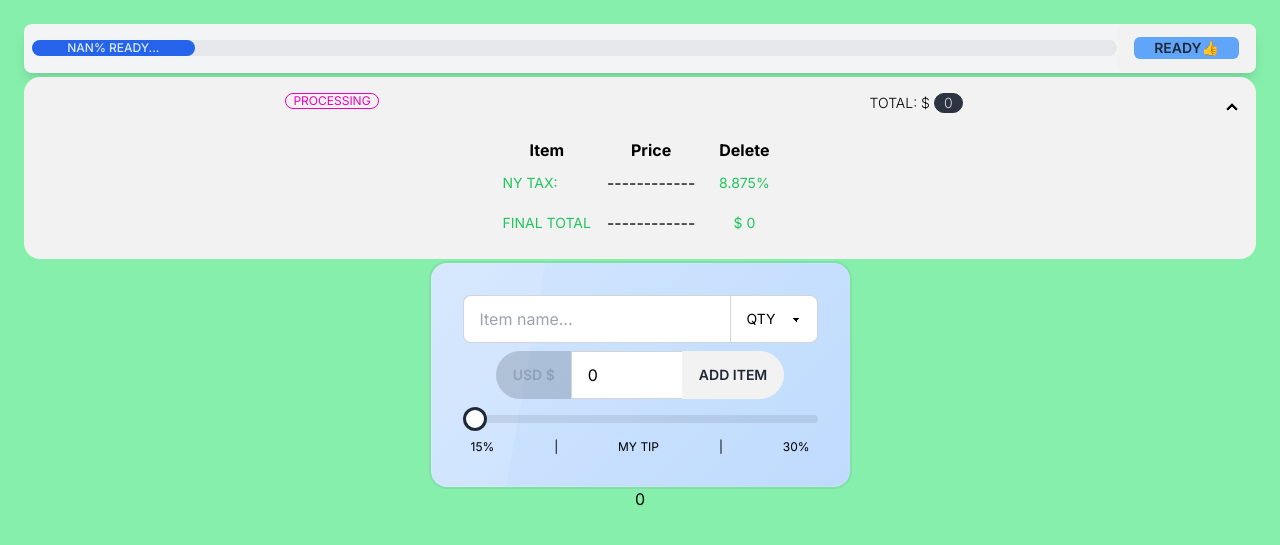
Repository: bitepay/bitepay-xyz
Page: /table
The author's editor kept a copy of each file at every save. The page is drawn from the files as they stood at one save, then again after the next save.
The browser window is 1280 px wide. The pictures show the whole page.
The page's requests for data from a server got no answer. The project was rebuilt for these pictures with package versions that can differ from the ones it lists, and the page was loaded fresh each time. The framework's server and built-in components were replaced by stand-ins that run in the browser. No one was signed in, and anything a server would have sent is missing. Also part of the build but not shown: next.config.js.

Above is the page before, as saved 2023-06-28 07:40:47.

### src/pages/_app.js
import '@/styles/globals.css';
import { UserSocketProvider } from '@/context/UserSocketContext';

export default function App({ Component, pageProps }) {
  return (
    <UserSocketProvider>
      <Component {...pageProps} />
    </UserSocketProvider>
  )
}

### src/pages/table.js

// import Image from 'next/image'
import Head from "next/head"
// import Link from "next/link"
import { Inter } from 'next/font/google'

import { useUserSocketContext } from '@/context/UserSocketContext'

import { AddItemInput } from '@/components/AddItemInput'
import { ProgressBar } from '@/components/ProgressBar'
import { UserBill } from '@/components/UserBill'
import { MembersBill } from '@/components/MembersBill'

const inter = Inter({ subsets: ['latin'] })

export default function Table() {

  const { socket, user, tableMembers, setUser } = useUserSocketContext();

  if (user.tableID !== 0) {
    socket.emit('joinTable', user)
  }

  const handleUserDelete = (user, payload) => {
    socket.emit('userDeleteItem', {user, payload})
  };

  const handleUserUpdate = (user, payload) => {
    socket.emit('userUpdate', {user, payload})
  };

  const userUpdateStatus = (user) => {
    if (user.status === 'PROCESSING') {
      socket.emit('userUpdateStatus', { ...user, status: 'READY' })
    } else {
      socket.emit('userUpdateStatus', { ...user, status: 'PROCESSING' })
    }
  }

  return (
    <>
      <Head>
        <title>BitePay - Table</title>
        <meta name="description" content="The fastest and easiest way to divvy up the dining bill between your friends."></meta>
      </Head>

      <main className={`flex min-h-screen flex-col items-center p-6 ${inter.className} bg-green-300`} >

        <ProgressBar user={user} tableMembers={tableMembers} userUpdateStatus={userUpdateStatus} />
        <UserBill user={user} handleUserDelete={handleUserDelete} />
        <AddItemInput user={user} handleUserUpdate={handleUserUpdate} setUser={setUser} />
        <MembersBill tableMembers={tableMembers} userId={user.id}/>

      </main>
    </>
  )
}

### src/context/UserSocketContext.js
'use client';
import React, { createContext, useEffect, useState, useContext } from 'react'
import { io } from 'socket.io-client'


// Create a new context
const UserSocketContext = createContext({});

// Custom context provider component
export const UserSocketProvider = ({ children }) => {

  const [socket, setSocket] = useState(null);

  const [user, setUser] = useState({
    id: '',
    username: '',
    tableID: 0,
    myItems: [],
    tip: 15,
    total: 0,
    status: 'PROCESSING',
  });

  const [tableMembers, setTableMembers] = useState([]);

  // Establish the Socket.IO connection when the component mounts
  useEffect(() => {

    const socket = io('https://bitepay.xyz');
    setSocket(socket);

    socket.on('connect', () => {
      console.log('Successfully connected to the ws server!')
    })

    // set user id to the websocket id
    socket.on('setId', (data) => setUser((prevUser) => {
      prevUser.id = data
      return prevUser;
    }));

    // listen to events from ws server regarding members of the table
    socket.on('tableMembers', (data) => setTableMembers((prevTableMembers) => { return [...data.slice()] }));

    // listen to events from ws server regarding updates to tableMembers
    socket.on('tableMemberUpdate', (data) => {

      if (data.id === user.id) {
        setUser((prevUser) => {
          prevUser.myItems = data.myItems;
          prevUser.tip = data.tip;
          prevUser.total = data.total;
          prevUser.status = data.status;
          return prevUser;
        })
      }

      setTableMembers((prevTableMembers) => {
        return prevTableMembers.map((member) => {
          if (member.id === data.id) {
            member.myItems = data.myItems
            member.tip = data.tip
            member.total = data.total
            member.status = data.status
            return member
          } else {
            return member
          }
        })
      })
    });

    // listen to events from ws server regarding members leaving the table
    socket.on('userLeft', (data) => {
      setTableMembers((prevTableMembers) => {
        return prevTableMembers.filter((member) => {
          return member.id !== data.id
        })
      })
    });

    socket.on('disconnect', () => {
      console.log('Disconnected from the ws server!');
    });

    // Clean up the socket connection when the component unmounts
    return () => {
      socket.off('connect');
      socket.off('setId');
      socket.off('tableMembers');
      socket.off('tableMemberUpdate');
      socket.off('userLeft');
      socket.disconnect();
    };
  }, [user.id]);

  // Provide the socket object to the child components
  return (
    <UserSocketContext.Provider value={{socket, user, setUser, tableMembers, setTableMembers}}>
      {children}
    </UserSocketContext.Provider>
  );
};

// Export the SocketContext
export default UserSocketContext;

// Export a custom hook that can be used to consume this context
export const useUserSocketContext = () => useContext(UserSocketContext);

### src/components/AddItemInput.jsx
import { useState, useEffect } from 'react';

export const AddItemInput = ({ handleUserUpdate, user, setUser }) => {
	const [itemName, setItemName] = useState('');
	const [itemPrice, setItemPrice] = useState(0);
	const [itemQuantity, setItemQuantity] = useState(0);

	const handleClick = (e) => {
			if (itemQuantity === 0) {
					alert("Don't forget to add quantity!");
			}
			else if (itemPrice <= 0) {
					alert("Please don't forget to add your item's price!");
			}
			else if (itemName != "" && itemPrice > 0 && itemQuantity > 0) {
					const itemID = Math.ceil(Math.random()*1000000000);
					const payload = {itemID, itemName, itemPrice, itemQuantity};
					handleUserUpdate(user, payload);
					setItemName('');
					setItemPrice(0);
			} else {
					alert("Please fill out all fields");
			}
	}

	const handleTipChange = (e) => {
		e.preventDefault();
		setUser({...user, tip: parseInt(e.target.value)})
	}

	return (
		<>
			<div className="card glass w-auto bg-blue-200">
				<div className="card-body">
					<div className="join mx-auto">

						<input className="input input-bordered join-item max-w-34" placeholder="Item name..." value={itemName} onChange={(e) => {setItemName(e.target.value)}}/>

						<select className="select select-bordered join-item" value={itemQuantity} onChange={(e) => setItemQuantity(e.target.value)}>
							<option disabled value={0}>QTY</option>
							<option value={1/4}>
									1/4
							</option>
							<option value={1/3}>
									1/3
							</option>
							<option value={1/2}>
									1/2
							</option>
							<option value={1}>
									1
							</option>
							<option value={2}>
									2
							</option>
							<option value={3}>
									3
							</option>
							<option value={4}>
									4
							</option>
						</select>

					</div>
					<div className="mx-auto">
						<div className="join">
							<button className="btn join-item rounded-l-full" disabled="true">USD $</button>
							<input className="input input-bordered join-item w-28" placeholder="Price" type="number" value={itemPrice} onChange={(e) => {setItemPrice(e.target.value)}}/>
							<button className="btn join-item rounded-r-full" disabled={user.status === 'READY'} onClick={(e) => handleClick(e)}>ADD ITEM</button>
						</div>
					</div>
						<input type="range" className="range" min={15} max={30} value={user.tip} step={1} onChange={(e) => handleTipChange(e)} disabled={user.status === 'READY'} />
						<div className="w-full flex justify-between text-xs px-2">
							<span>15%</span>
							<span>|</span>
							<span>MY TIP</span>
							<span>|</span>
							<span>30%</span>
						</div>
				</div>
			</div>
		</>
	)
};

### src/components/ProgressBar.jsx
import { useState, useEffect } from 'react';

export const ProgressBar = ({ tableMembers, user, userUpdateStatus }) => {

  const [progress, setProgress] = useState(0);

  useEffect(() => {
    const completed = tableMembers.filter((member) => member.status === 'READY');
    const progress = Math.round(100 * ((completed.length / tableMembers.length) * 100)) / 100;
    setProgress(progress);

    console.log(`Re-render triggered from tableMember update in ProgressBar. Progress is now ${progress}%`)
  }, [tableMembers])

  const progressBar = (progress) => {
    if (progress === 100) {
      return (
          <div className="w-full bg-gray-200 rounded-full dark:bg-gray-700">
            <div className="bg-green-600 text-xs font-medium text-green-100 text-center p-0.5 leading-none rounded-full" style={{width: `${progress}%`}}> {progress}% COMPLETE! </div>
          </div>
      )
    } else {
      return (
        <div className="w-full bg-gray-200 rounded-full dark:bg-gray-700">
            <div className="bg-blue-600 text-xs font-medium text-blue-100 text-center p-0.5 leading-none rounded-full" style={{width: `${progress < 15 ? 15 : progress}%`}}> {progress}% READY... </div>
          </div>
      )
    }
  }

  const handleChange = () => {
    userUpdateStatus(user)
  }

  const toggleStatusButton = (status) => {
    return (
      <label className="btn swap swap-rotate">

        {/* this hidden checkbox controls the state */}
        <input type="checkbox" onChange={() => handleChange()} checked={user.status === 'READY'}/>

        {/* ready icon */}

        <div class="swap-on bg-red-400 p-1 rounded-md">Make changes</div>
        <div class="swap-off bg-blue-400 p-1 rounded-md">Ready👍</div>

        {/* not ready icon */}


      </label>
    )

  }



  return (

      <div className="w-full flex items-center justify-between mb-.5 mx-auto pl-2 overflow-hidden rounded-lg shadow-lg bg-gray-100 uppercase border-b border-gray-100">
          {progressBar(progress)}
        <div id="final-bill-button">
          {toggleStatusButton(user.status)}
        </div>
      </div>

  )
}

### src/components/UserBill.jsx
export const UserBill = ({ user, handleUserDelete }) => {

  const UserItem = (item) => {
    const { itemID, itemName, itemPrice, itemQuantity } = item

    return (
      <tr key={`user-item-${itemID}`}>
				<td className="px-4">{`${itemName} ${itemQuantity !== 1 ? `x${itemQuantity}` : ''}`}</td>
				<td className="px-4">{itemPrice}</td>
				{/* This is where we need to add the delete button for User delete feature */}
				<td className="px-4">
          <button className="btn btn-circle btn-error" onClick={() => handleUserDelete(user, item)} disabled={user.status === 'READY'}>
          <svg xmlns="http://www.w3.org/2000/svg" class="h-6 w-6" fill="none" viewBox="0 0 24 24" stroke="currentColor"><path stroke-linecap="round" stroke-linejoin="round" stroke-width="2" d="M6 18L18 6M6 6l12 12" /></svg>
          </button>
        </td>
			</tr>
    )
  }

  return (
    <div className="collapse collapse-arrow bg-base-200 m-1">
      <input type="radio" name="my-accordion-2" defaultChecked="true"/>
      <div className="collapse-title">
        {/* This is where we need to render name, status, and total */}
        <div className="flex justify-around">
          <div className="flex flex-col">
            <div className="text-lg font-medium">
              {user.username}
            </div>
            <div className={`badge badge-sm text-xs ${user.status === 'READY' ? 'badge-accent' : 'badge-secondary badge-outline'}`}>
              {user.status === 'READY' ? 'READY' : 'PROCESSING'}
            </div>
          </div>
          <div className="text-sm font-light my-auto">
            TOTAL{': $ '}
            <div className={`badge ${user.status === 'READY' ? 'badge-primary' : 'badge-neutral'}`}>
              {user.total}
            </div>
          </div>

        </div>
      </div>
      <div className="collapse-content">
        {/* This is where I need to map through user items */}
        <table className="table-auto mx-auto">
          <thead>
            <tr>
              <th className="px-4">Item</th>
              <th className="px-4">Price</th>
              <th className="px-4">Delete</th>
            </tr>
          </thead>
          <tbody>
            {user.myItems.map((item) => UserItem(item))}
            <tr>
              <td className="p-2 whitespace-nowrap">
                <div className="text-left text-sm text-green-500">NY TAX:</div>
              </td>
              <td className="p-2 whitespace-nowrap">
                <div className="text-center">------------</div>
              </td>
              <td className="p-2 whitespace-nowrap">
                <div className="text-sm text-center  text-green-500">8.875%</div>
              </td>
            </tr>
            <tr>
              <td className="p-2 whitespace-nowrap">
                <div className="text-left text-sm text-green-500">FINAL TOTAL</div>
              </td>
              <td className="p-2 whitespace-nowrap">
                <div className="text-center">------------</div>
              </td>
              <td className="p-2 whitespace-nowrap">
                <div className="text-sm text-center  text-green-500">$ {
                Math.round(100 * ((((1+(user.tip / 100))) * user.total) + (user.total * .08875))) / 100
                }</div>
              </td>
            </tr>
          </tbody>
        </table>
      </div>
    </div>
  )
}

### src/components/MembersBill.jsx
export const MembersBill = ({ tableMembers, userId }) => {

  const MemberItem = (item) => {
    const { itemID, itemName, itemPrice, itemQuantity } = item

    return (
      <tr key={`member-item-${itemID}`}>
        <td className="px-5">{itemName}</td>
        <td className="px-5">{itemQuantity}</td>
        <td className="px-5">{itemPrice}</td>
        <td className="px-5">{' '}</td>
      </tr>
    )
  }

  return (
    <>
      {tableMembers.length && tableMembers.map((member) => {
        if (member.id !== userId) {
          return (
            <div key={`${member.id}-list-items`} className="collapse collapse-arrow bg-base-200 m-1">
              <input type="radio" name="my-accordion-2"/>
              <div className="collapse-title text-xl font-medium">
                {/* This is where we need to render name, status, and total */}
                {member.username}
              </div>
              <div className="collapse-content">
              <table className="table-auto mx-auto">
                <thead>
                  <tr>
                    <th className="px-5">Item</th>
                    <th className="px-5">Quantity</th>
                    <th className="px-5">Price</th>
                    <th className="px-5"></th>
                  </tr>
                </thead>
                <tbody>
                  {member.myItems?.length ? member.myItems.map((item) => MemberItem(item)) : <tr key="user-no-items"><td>No items yet</td></tr>}
                </tbody>
                </table>
              </div>
            </div>
          )
        }
      })}
    </>
  )
};

### tailwind.config.js
/** @type {import('tailwindcss').Config} */
module.exports = {
  content: [
    './src/pages/**/*.{js,ts,jsx,tsx,mdx}',
    './src/components/**/*.{js,ts,jsx,tsx,mdx}',
    './src/app/**/*.{js,ts,jsx,tsx,mdx}',
  ],
  theme: {
    extend: {
      backgroundImage: {
        'gradient-radial': 'radial-gradient(var(--tw-gradient-stops))',
        'gradient-conic':
          'conic-gradient(from 180deg at 50% 50%, var(--tw-gradient-stops))',
      },
    },
  },
  daisyui: {
    themes: [
      "light",
      "dark"
    ],
  },
  plugins: [require("daisyui")],
}

Loaded but not shown: src/pages/_document.js (common file); src/styles/globals.css (common file)

After the next save:
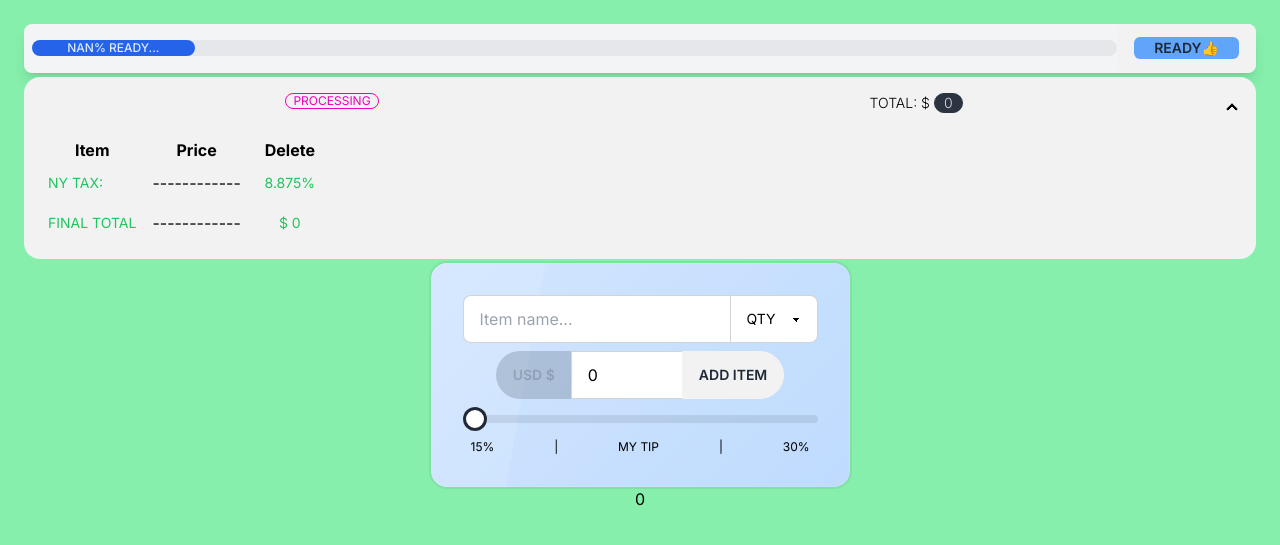
Saved 17 s later.
--- a/src/components/UserBill.jsx
+++ b/src/components/UserBill.jsx
@@ -42,7 +42,7 @@
       </div>
       <div className="collapse-content">
         {/* This is where I need to map through user items */}
-        <table className="table-auto mx-auto">
+        <table className="table-auto">
           <thead>
             <tr>
               <th className="px-4">Item</th>

After the save that followed:
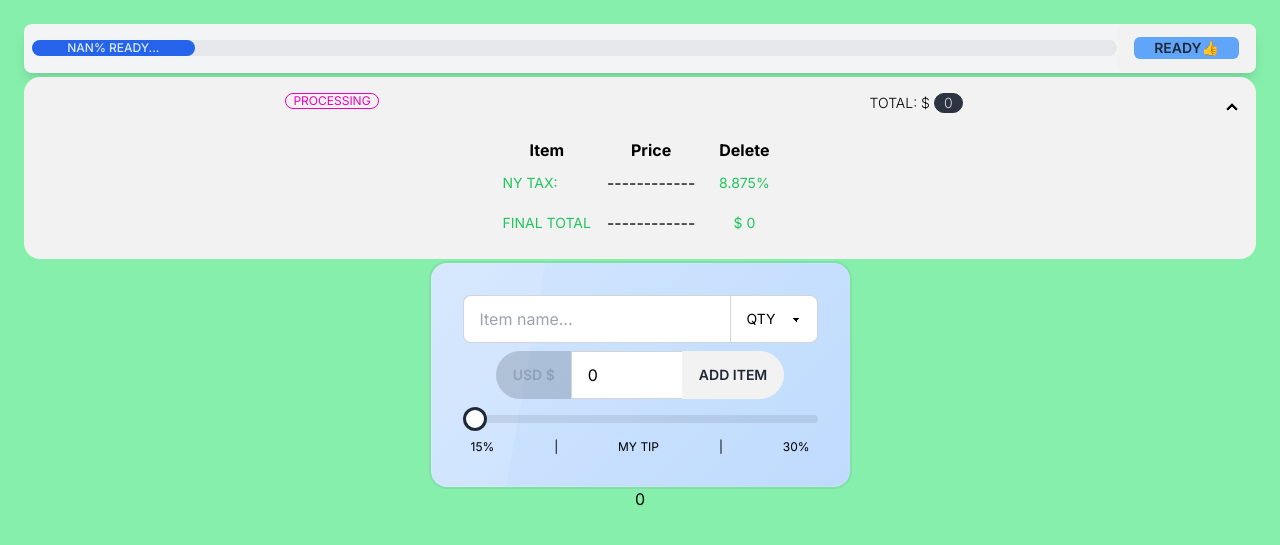
Saved 9 s later.
--- a/src/components/UserBill.jsx
+++ b/src/components/UserBill.jsx
@@ -42,7 +42,7 @@
       </div>
       <div className="collapse-content">
         {/* This is where I need to map through user items */}
-        <table className="table-auto">
+        <table className="table-auto mx-auto">
           <thead>
             <tr>
               <th className="px-4">Item</th>
